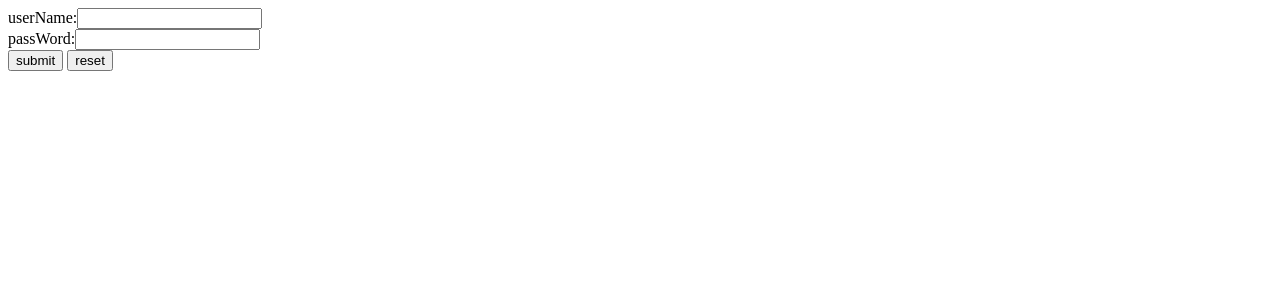
Repository: wikelgc/JSP
Page: ZhuCe/WebRoot/Logon.html
An editor plug-in stored every save of this project. The page is shown before and after the next save, followed by the edit.
The browser window is 1280 px wide. The pictures show the whole page.

Above is the page before, as saved 2015-05-31 11:13:15.

### ZhuCe/WebRoot/Logon.html
<!DOCTYPE html>
<html>
  <head>
  	<meta charset = "utf-8"/>
    <title>MyHtml.html</title>
    <script type="text/javascript">
    function check(){
	    var userName = document.myform.userName.value;
	    var userpws = document.myform.userPwd.value;
	    if(userName == "admin"){
	    	if(userPwd == "000"){
	    		document.write("success");
	    	}
	    	else{
	    		alert("password error");
	    	}
	    }
	    else{
	    	alert("username error");
	    }
    }
    </script>
  </head>
  <body>
    <form action="" method="post" name="myform" onSubmit="return check(this)">
		userName:<input type = "text" name = "userName"><br>
		passWord:<input type = "text" name = "userPws"><br>
		<input type="submit" value="submit">
		<input type="reset" value="reset">
	</form>
  </body>
</html>

After the next save:
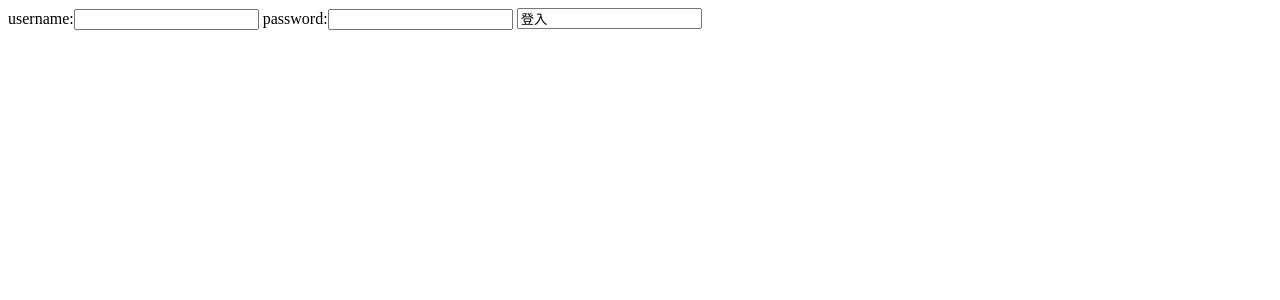
Saved 34 min 40 s later.
--- a/ZhuCe/WebRoot/Logon.html
+++ b/ZhuCe/WebRoot/Logon.html
@@ -1,32 +1,18 @@
-<!DOCTYPE html>
 <html>
-  <head>
-  	<meta charset = "utf-8"/>
-    <title>MyHtml.html</title>
-    <script type="text/javascript">
-    function check(){
-	    var userName = document.myform.userName.value;
-	    var userpws = document.myform.userPwd.value;
-	    if(userName == "admin"){
-	    	if(userPwd == "000"){
-	    		document.write("success");
-	    	}
-	    	else{
-	    		alert("password error");
-	    	}
-	    }
-	    else{
-	    	alert("username error");
-	    }
-    }
-    </script>
-  </head>
-  <body>
-    <form action="" method="post" name="myform" onSubmit="return check(this)">
-		userName:<input type = "text" name = "userName"><br>
-		passWord:<input type = "text" name = "userPws"><br>
-		<input type="submit" value="submit">
-		<input type="reset" value="reset">
-	</form>
-  </body>
+<head>
+<title>script_eventform_01</title>
+	<script language="JavaScript">
+		function show(){		// 定义函数文本框
+var value = document.myform.name.value ;      // 取得输入的内容
+	alert("输入的内容是：" + value) ;
+		}
+	</script>
+</head>
+<body>
+<form action="" method="post" name="myform" onsubmit = "show">  <!-- 表单开始标记 -->
+username:<input type="text" name="name">
+password:<input type="text" name="password">
+<input type="commit" value="登入">
+</form>
+</body>
 </html>
